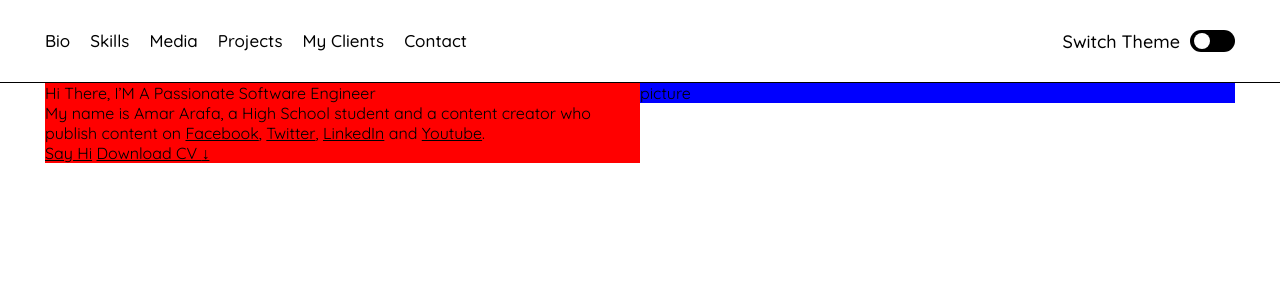
Repository: benarafa1/personal-website
Page: index.html
The author's editor kept a copy of each file at every save. The page is drawn from the files as they stood at one save, then again after the next save.
The browser window is 1280 px wide. The pictures show the whole page.

Above is the page before, as saved 2025-04-12 07:07:49.

After the next save:
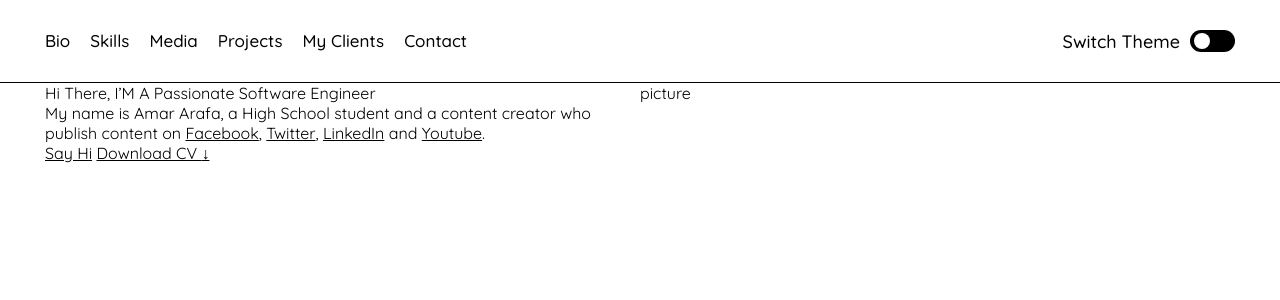
Saved 27 s later.
--- a/style.css
+++ b/style.css
@@ -154,7 +154,6 @@ html {
 /* toggle end */
 .section {
   display: grid;
-  grid-template-columns: repeat(2, auto);
   align-items: start;
 }
 /* bio component start */
@@ -162,9 +161,3 @@ html {
   grid-template-columns: repeat(2, 1fr);
 }
 /* bio component end */
-.bio__data-part {
-  background-color: red;
-}
-.bio__pic-part {
-  background-color: blue;
-}
